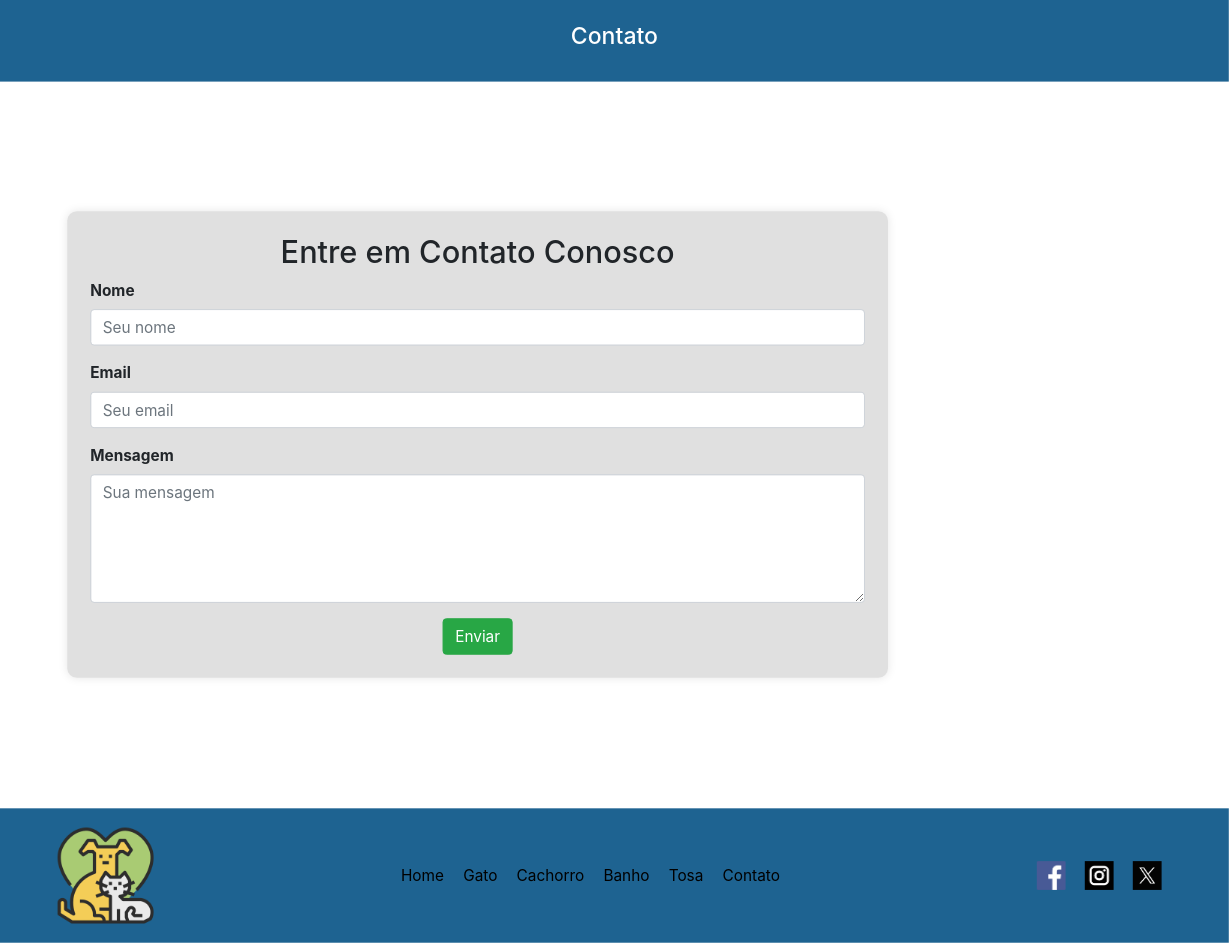
Repository: graeff01/petshop-project
Page: contato.html
An editor plug-in stored every save of this project. The page is shown before and after the next save, followed by the edit.
The browser window is 1280 px wide. The pictures show the whole page, at 96% of full size.

Above is the page before, as saved 2024-09-18 11:52:46.

### contato.html
<!DOCTYPE html>
<html lang="en">
<head>
    <meta charset="UTF-8">
    <meta name="viewport" content="width=device-width, initial-scale=1.0">
    <title>PetShop - Contato</title>
    <link rel="stylesheet" href="css/ctt.css">
    <link href="https://maxcdn.bootstrapcdn.com/bootstrap/4.5.2/css/bootstrap.min.css" rel="stylesheet">
</head>
<body>
    <header class="blue-background text-center p-4">
        <h1>Contato</h1>
    </header>
    <div class="container mt-5">
        <div class="row">
            <section class="col-md-9 p-4 form-section">
                <h2 class="text-center">Entre em Contato Conosco</h2>
                <form>
                    <div class="form-group">
                        <label for="contact-name">Nome</label>
                        <input type="text" class="form-control" id="contact-name" placeholder="Seu nome">
                    </div>
                    <div class="form-group">
                        <label for="contact-email">Email</label>
                        <input type="email" class="form-control" id="contact-email" placeholder="Seu email">
                    </div>
                    <div class="form-group">
                        <label for="contact-message">Mensagem</label>
                        <textarea class="form-control" id="contact-message" rows="5" placeholder="Sua mensagem"></textarea>
                    </div>
                    <div class="text-center">
                        <button type="submit" class="btn btn-success">Enviar</button>
                    </div>
                </form>
            </section>
        </div>
    </div>
    <footer class="footer mt-5">
        <div class="footer-container">
            <div class="footer-left">
                <img src="img/logo.png" alt="PetShop Logo" class="footer-logo">
            </div>
            <div class="footer-center">
                <ul class="footer-links">
                    <li><a href="/index.html">Home</a></li>
                    <li><a href="/gato.html">Gato</a></li>
                    <li><a href="/dog.html">Cachorro</a></li>
                    <li><a href="/banho.html">Banho</a></li>
                    <li><a href="/tosa.html">Tosa</a></li>
                    <li><a href="/contato.html">Contato</a></li>
                </ul>
            </div>
            <div class="footer-right">
                <div class="social-icons">
                    <a href="#"><img src="img/face.png" alt="Facebook"></a>
                    <a href="#"><img src="img/insta.png" alt="Instagram"></a>
                    <a href="#"><img src="img/x.png" alt="Twitter"></a>
                </div>
            </div>
        </div>
    </footer>
    <script src="https://code.jquery.com/jquery-3.5.1.slim.min.js"></script>
    <script src="https://cdn.jsdelivr.net/npm/@popperjs/core@2.9.2/dist/umd/popper.min.js"></script>
    <script src="https://maxcdn.bootstrapcdn.com/bootstrap/4.5.2/js/bootstrap.min.js"></script>
</body>
</html>

### css/ctt.css
body {
    font-family: Arial, sans-serif;
    margin: 0;
    padding: 0;
}

header.blue-background {
    background-color: #1e6391;
    color: white;
    padding: 10px 0;
    text-align: center;
    width: 100%;
    box-sizing: border-box;
    margin-bottom: 55px;
}

header.blue-background h1 {
    font-size: 24px;
}

.container {
    max-width: 1200px;
    margin: 0 auto;
}

.bg-blue {
    background-color: #2368b3;
    color: white;
    height: 100vh; /* Altura total da tela */
}

.sidebar {
    padding: 20px;
    height: 100%;
}

.profile-icon {
    width: 100px;
    height: 100px;
    border-radius: 50%;
}

.form-section {
    margin-top: 80px;
    margin-bottom: 88px;
    flex: 1;
    padding: 20px;
    background-color: #0000001f;
    border-radius: 10px;
    box-shadow: 0 0 10px rgba(0, 0, 0, 0.1);
}

.form-group label {
    font-weight: bold;
}

.form-group input,
.form-group textarea {
    margin-bottom: 15px;
}

.footer {

    background-color: #1e6391;
    padding: 20px 0;
    color: white;
    text-align: center;
    width: 100%;
}

.footer-container {
    display: flex;
    justify-content: space-between;
    align-items: center;
    max-width: 1200px;
    margin: 0 auto;
    padding: 0 20px;
    box-sizing: border-box;
}

.footer-left img {
    width: 100px;
}

.footer-center {
    flex: 0;
}

.footer-links {
    list-style-type: none;
    padding: 0;
    margin: 0;
    display: flex;
    justify-content: center;
}

.footer-links li {
    margin: 0 10px;
}

.footer-links a {
    color: rgb(0, 0, 0);
    text-decoration: none;
    font-size: 16px;
}

.footer-links a:hover {
    text-decoration: underline;
}

.footer-right .social-icons {
    display: flex;
    justify-content: center;
}

.footer-right .social-icons a {
    margin: 0 10px;
}

.footer-right .social-icons img {
    width: 30px;
    height: 30px;
}

After the next save:
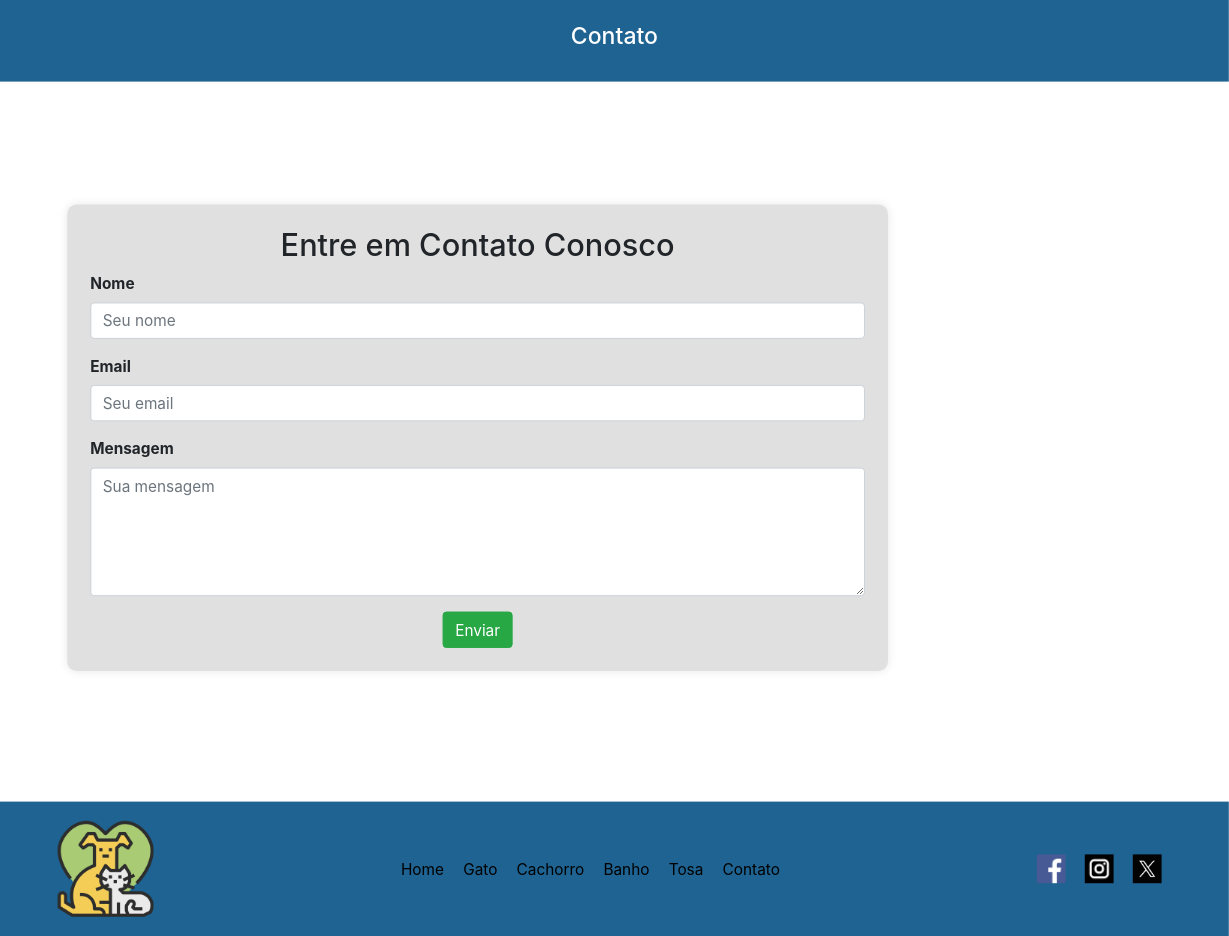
Saved 13 s later.
--- a/css/ctt.css
+++ b/css/ctt.css
@@ -11,11 +11,17 @@ header.blue-background {
     text-align: center;
     width: 100%;
     box-sizing: border-box;
-    margin-bottom: 55px;
 }
 
 header.blue-background h1 {
     font-size: 24px;
+}
+
+nav ul li a {
+    color: rgb(255, 255, 255);
+    text-decoration: none;
+    font-size: 15px;
+    transition: color 0.3s ease;
 }
 
 .container {
